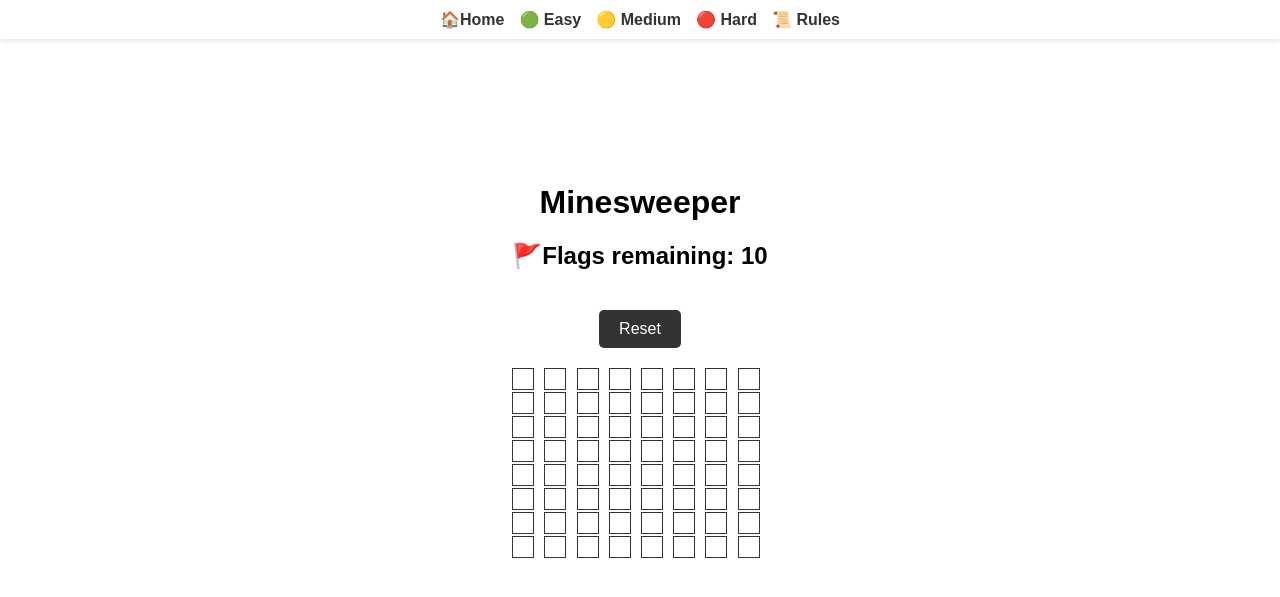
Repository: liwingy/-WingYee-_-Li-project2
Page: /game/easy
An editor plug-in stored every save of this project. The page is shown before and after the next save, followed by the edit.
The browser window is 1280 px wide. The pictures show the whole page.
The project was rebuilt for these pictures with package versions that can differ from the ones it lists, and the page was loaded fresh each time. Also part of the build but not shown: src/views/Homepage.css, src/views/Homepage.js, src/views/Rules.js.

Above is the page before, as saved 2024-11-11 20:51:10.

### src/App.js
import './styles.css';
import { BrowserRouter as Router, Routes, Route, Link } from 'react-router-dom';
import Homepage from './views/Homepage';
import Game from './views/Game';
import Rules from './views/Rules';

function App() {
  return (
    <Router>
      <nav>
        <Link to="/">🏠Home</Link>
        <Link to="/game/easy">🟢 Easy</Link>
        <Link to="/game/medium">🟡 Medium</Link>
        <Link to="/game/hard">🔴 Hard</Link>
        <Link to="/rules">📜 Rules</Link>
      </nav>
      <Routes>
        <Route path="/" element={<Homepage />} />
        <Route path="/game/:difficulty" element={<Game />} />
        <Route path="/rules" element={<Rules />} />
      </Routes>
    </Router>
  );
}

export default App;

### src/styles.css
/* General Styles */
body, html {
  display: flex;
  justify-content: center;
  align-items: center;
  height: 100vh;
  margin: 0;
  font-family: Arial, sans-serif;
  text-align: center;
}

/* Main Container */
.main-container {
  display: flex;
  flex-direction: column;
  align-items: center;
  width: 100%;
  max-width: 1000px; /* Increased max-width for larger board support */
  margin-top: 60px;
}

/* Navbar Styling */
nav {
  position: fixed;
  top: 0;
  left: 0;
  right: 0;
  display: flex;
  gap: 15px;
  justify-content: center;
  background-color: white;
  padding: 10px;
  box-shadow: 0 2px 5px rgba(0, 0, 0, 0.1);
  z-index: 1000;
}

nav a {
  text-decoration: none;
  color: #333;
  font-weight: bold;
}

nav a:hover {
  color: #555;
}

/* Board Container */
.board-container {
  width: 100%;
  max-width: 90vw;
  max-height: 80vh;
  overflow: auto; /* Allows scrolling if needed */
  margin-top: 20px;
  padding: 5px;
  border: 1px solid #ddd;
  display: flex;
  justify-content: center;
  align-items: center;
}

/* Board Styling */
.board {
  display: grid;
  gap: 2px;
  justify-content: center;
  margin-top: 20px;
}

/* Dynamic Columns for Hard Mode */
.board.hard {
  grid-template-columns: repeat(30, 20px);
  transform: scale(0.75); /* Scales down to 75% */
  transform-origin: top center; /* Keeps it centered */
}

/* Cell Styling */
.cell {
  width: 20px;
  height: 20px;
  border: 1px solid #333;
  display: flex;
  align-items: center;
  justify-content: center;
  font-size: 12px; /* Smaller font to fit smaller cells */
  cursor: pointer;
}

/* Revealed Cell Styling */
.cell.revealed {
  background-color: #d0d0d0;
}

/* Hover Effect for Cell */
.cell:hover {
  background-color: #e0e0e0;
}

.cell.flagged {
  color: red;
}

/* Button Styling */
button {
  margin-top: 20px;
  padding: 10px 20px;
  font-size: 16px;
  cursor: pointer;
  background-color: #333;
  color: #fff;
  border: none;
  border-radius: 5px;
}

button:hover {
  background-color: #555;
}

### src/views/Game.js
import React, { useState, useEffect } from 'react';
import { useParams } from 'react-router-dom';
import Cell from '../components/Cell';

function Game() {
  const { difficulty } = useParams();

  // Define game states and configurations
  const [grid, setGrid] = useState([]);
  const [isGameOver, setIsGameOver] = useState(false);
  const [hasWon, setHasWon] = useState(false);
  const [isFirstClick, setIsFirstClick] = useState(true);
  const [flagCount, setFlagCount] = useState(0);

  // Configuration for different difficulties
  const config = {
    easy: { size: 8, mines: 10 },
    medium: { size: 16, mines: 40 },
    hard: { size: 30, mines: 99 },
  }[difficulty] || { size: 8, mines: 10 };

  // Reset the game when the component mounts or the difficulty changes
  useEffect(() => {
    resetGame(); // Initialize game state
  }, [difficulty]);

  // Initialize a new grid and set up mines
  function initializeGrid() {
    const emptyGrid = Array.from({ length: config.size }, () =>
      Array.from({ length: config.size }, () => ({
        isRevealed: false,
        isMine: false,
        isFlagged: false,
        adjacentMines: 0,
      }))
    );
    setGrid(emptyGrid); // Set grid to the initial empty grid
    setFlagCount(config.mines); // Initialize flag count based on mines
  }

  // Place mines on the grid, avoiding the first click position
  function placeMinesAvoidingFirstClick(grid, firstRow, firstCol) {
    let minesPlaced = 0;
    while (minesPlaced < config.mines) {
      const row = Math.floor(Math.random() * config.size);
      const col = Math.floor(Math.random() * config.size);

      if ((row !== firstRow || col !== firstCol) && !grid[row][col].isMine) {
        grid[row][col] = { ...grid[row][col], isMine: true };
        updateAdjacentCounts(grid, row, col);
        minesPlaced++;
      }
    }
  }

  // Update the adjacent mine count for cells surrounding a new mine
  function updateAdjacentCounts(grid, row, col) {
    for (let r = Math.max(row - 1, 0); r <= Math.min(row + 1, config.size - 1); r++) {
      for (let c = Math.max(col - 1, 0); c <= Math.min(col + 1, config.size - 1); c++) {
        if (!grid[r][c].isMine) {
          grid[r][c].adjacentMines++;
        }
      }
    }
  }

  // Handle left-click on a cell, with Safe First Turn logic
  function handleClick(row, col) {
    if (isGameOver || grid[row][col].isRevealed) return;

    const newGrid = [...grid];

    // Place mines on first click, avoiding the clicked cell
    if (isFirstClick) {
      placeMinesAvoidingFirstClick(newGrid, row, col);
      setIsFirstClick(false);
    }

    // Check if the cell is a mine
    if (newGrid[row][col].isMine) {
      setIsGameOver(true);
      alert("Game over🙈! You hit a bomb💣!");
      revealAllMines(newGrid);
      setGrid(newGrid);
      return;
    }

    // Reveal the cell and adjacent cells if no adjacent mines
    revealCell(newGrid, row, col);
    setGrid(newGrid);

    // Check if the player has won
    if (checkWin(newGrid)) {
      setHasWon(true);
      alert("Congratulations🥳! You won🏅!");
    }
  }

  // Right-click or shift-click to toggle a flag, implementing the Flag Bomb Function
  function handleRightClick(event, row, col) {
    event.preventDefault();
    if (isGameOver || grid[row][col].isRevealed) return;

    const newGrid = [...grid];
    newGrid[row][col].isFlagged = !newGrid[row][col].isFlagged;
    setFlagCount(flagCount + (newGrid[row][col].isFlagged ? -1 : 1));
    setGrid(newGrid);
  }

  // Reveal a cell and, if no adjacent mines, implement Auto Clear by recursively revealing cells
  function revealCell(grid, row, col) {
    if (row < 0 || col < 0 || row >= config.size || col >= config.size || grid[row][col].isRevealed || grid[row][col].isMine) return;

    grid[row][col].isRevealed = true;

    if (grid[row][col].adjacentMines === 0) {
      getNeighbors(row, col).forEach(([r, c]) => revealCell(grid, r, c));
    }
  }

  // Get all valid neighboring cells for a given cell
  function getNeighbors(row, col) {
    const directions = [
      [-1, -1], [-1, 0], [-1, 1],
      [0, -1],           [0, 1],
      [1, -1], [1, 0], [1, 1]
    ];
    return directions
      .map(([dr, dc]) => [row + dr, col + dc])
      .filter(([r, c]) => r >= 0 && r < config.size && c >= 0 && c < config.size);
  }

  // Show all mines if the game is over
  function revealAllMines(grid) {
    grid.forEach(row => {
      row.forEach(cell => {
        if (cell.isMine) {
          cell.isRevealed = true;
        }
      });
    });
  }

  // Check if the player has won by revealing all non-mine cells
  function checkWin(grid) {
    return grid.flat().every(cell => cell.isMine || cell.isRevealed);
  }

  // Reset the game state and initialize a new grid
  function resetGame() {
    setIsGameOver(false);
    setHasWon(false);
    setIsFirstClick(true);
    initializeGrid(); // This will set up an empty grid initially
  }

  // Render the Minesweeper game
  return (
    <div>
      <h1>{isGameOver ? "Game Over" : hasWon ? "You Won!" : "Minesweeper"}</h1>
      <h2>🚩Flags remaining: {flagCount}</h2>
      <button onClick={resetGame}>Reset</button>
      <div className="board" style={{ gridTemplateColumns: `repeat(${config.size}, 1fr)` }}>
        {grid.map((row, rIndex) =>
          row.map((cell, cIndex) => (
            <Cell
              key={`${rIndex}-${cIndex}`}
              isRevealed={cell.isRevealed}
              isMine={cell.isMine}
              adjacentMines={cell.adjacentMines}
              isFlagged={cell.isFlagged}
              onClick={() => handleClick(rIndex, cIndex)}
              onContextMenu={(e) => handleRightClick(e, rIndex, cIndex)}
            />
          ))
        )}
      </div>
    </div>
  );
}

export default Game;

### src/components/Cell.js
import React from 'react';

function Cell({ isRevealed, isMine, adjacentMines, isFlagged, onClick, onContextMenu }) {
  return (
    <div
      className={`cell ${isRevealed ? "revealed" : ""}`}
      onClick={onClick}
      onContextMenu={onContextMenu}
    >
      {isRevealed && isMine ? "💣" : isFlagged ? "🚩" : isRevealed && adjacentMines > 0 ? adjacentMines : ""}
    </div>
  );
}

export default Cell;

Loaded but not shown: public/index.html (common file); src/index.js (common file)

After the next save:
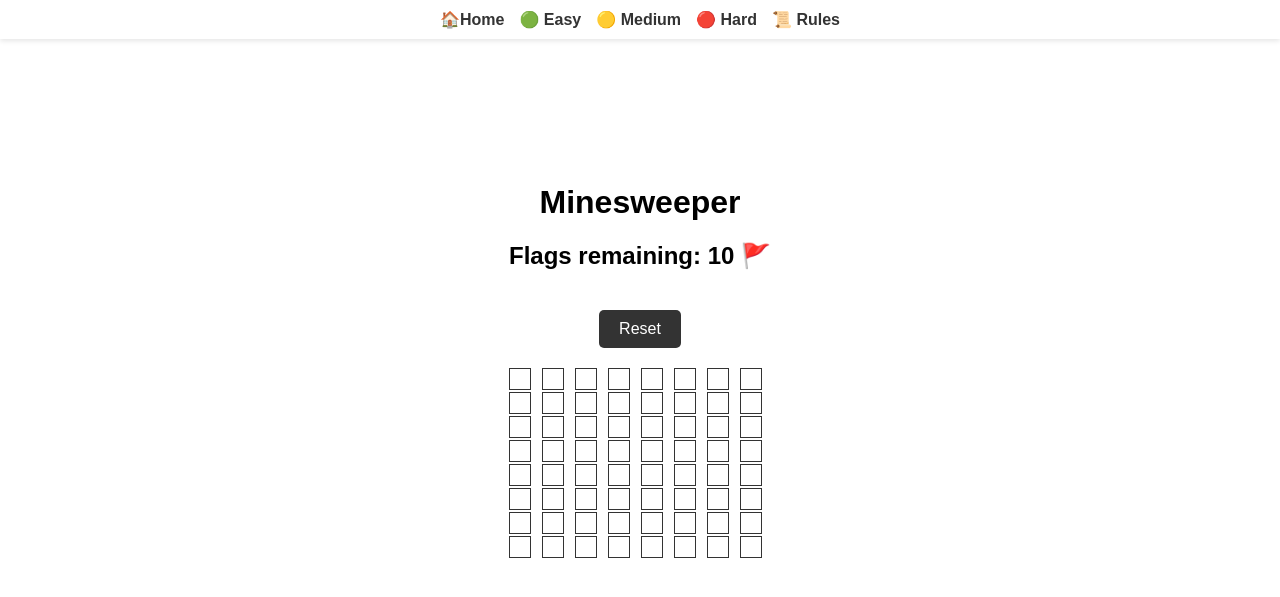
Saved 16 s later.
--- a/src/views/Game.js
+++ b/src/views/Game.js
@@ -158,7 +158,7 @@ function Game() {
   return (
     <div>
       <h1>{isGameOver ? "Game Over" : hasWon ? "You Won!" : "Minesweeper"}</h1>
-      <h2>🚩Flags remaining: {flagCount}</h2>
+      <h2>Flags remaining: {flagCount} 🚩</h2>
       <button onClick={resetGame}>Reset</button>
       <div className="board" style={{ gridTemplateColumns: `repeat(${config.size}, 1fr)` }}>
         {grid.map((row, rIndex) =>
